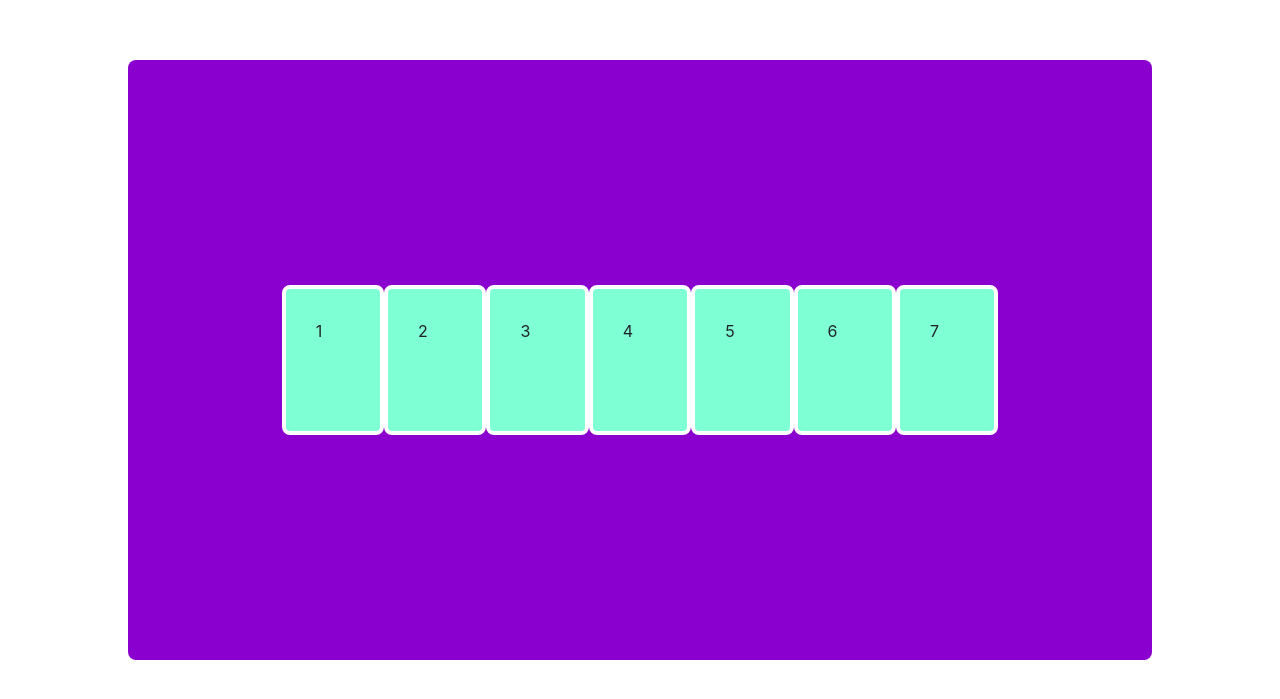
Repository: alessandradiamantino/Curso-Front-End-Design
Page: 1 - Introdução ao HTML e CSS/3 - Layouts, Grids e Flexbox/Bootstrap Grid system/index.html
An editor plug-in stored every save of this project. The page is shown before and after a run of saves, followed by the edit.
The browser window is 1280 px wide. The pictures show the whole page.

Above is the page before, as saved 2023-04-24 10:49:00.

After the next 2 saves:
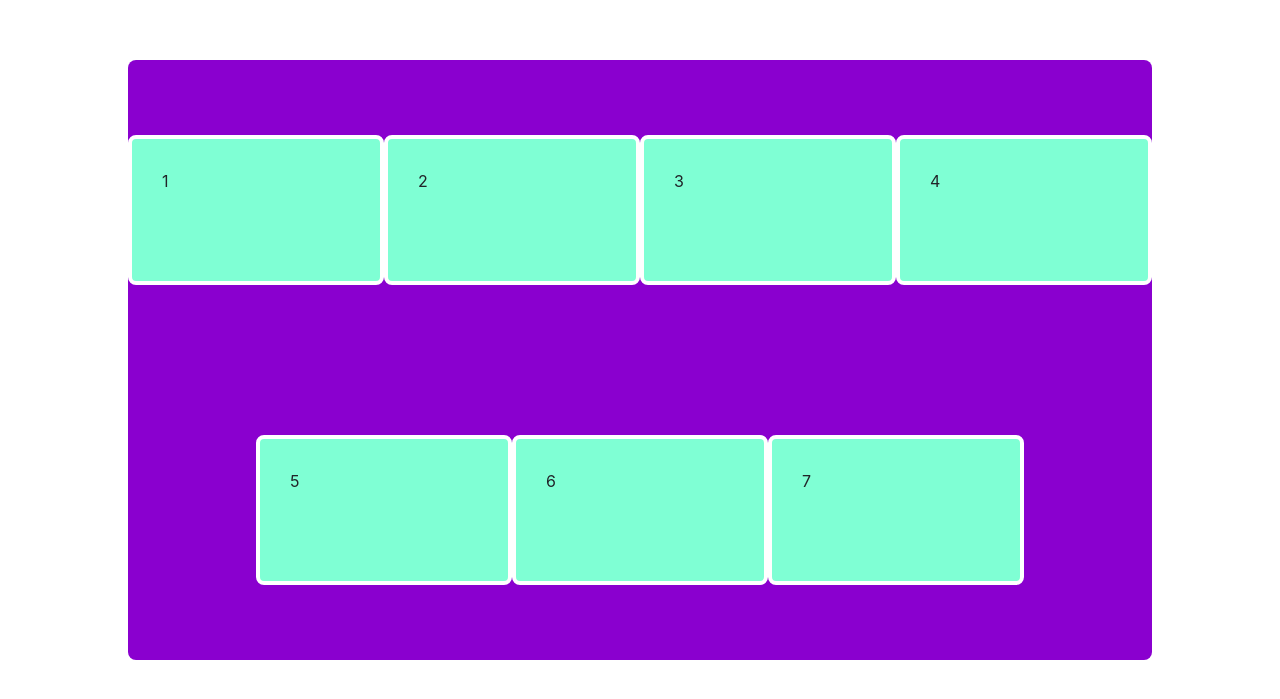
The 2 saves are shown as one change because they came seconds apart.
The last was saved 75 s later.
--- a/1 - Introdução ao HTML e CSS/3 - Layouts, Grids e Flexbox/Bootstrap Grid system/css/style.css
+++ b/1 - Introdução ao HTML e CSS/3 - Layouts, Grids e Flexbox/Bootstrap Grid system/css/style.css
@@ -27,7 +27,7 @@ body {
   background-color: aquamarine;
   border-radius: 8px;
   border: 4px solid white;
-  flex-basis: 10%;
+  flex-basis: 25%;
 }
 
 .my-box div {
